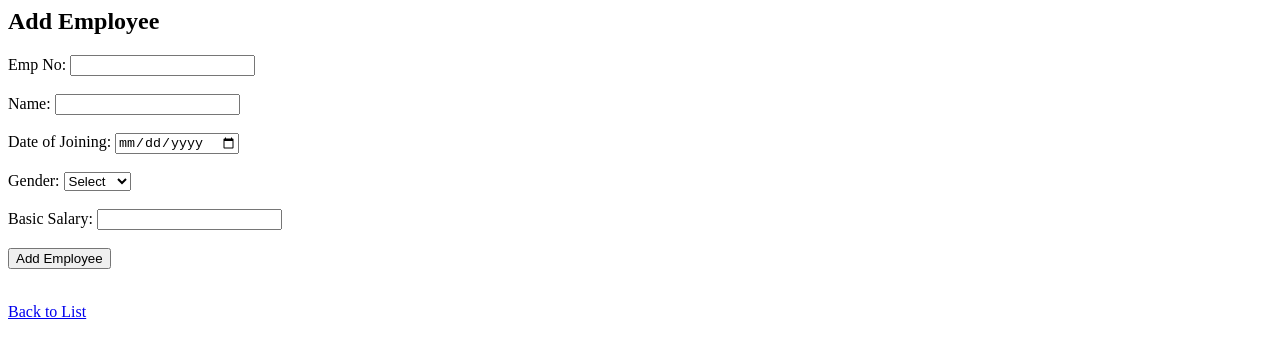
Repository: KUSUMA-74/Advance-JavaProject
Page: http://localhost/EmployeeWebApp/empadd.jsp
An editor plug-in stored every save of this project. The page is shown before and after the next save, followed by the edit.
The browser window is 1280 px wide. The pictures show the whole page.
The page is served by Tomcat 9.

Above is the page before, as saved 2025-05-28 22:52:09.

After the next save:
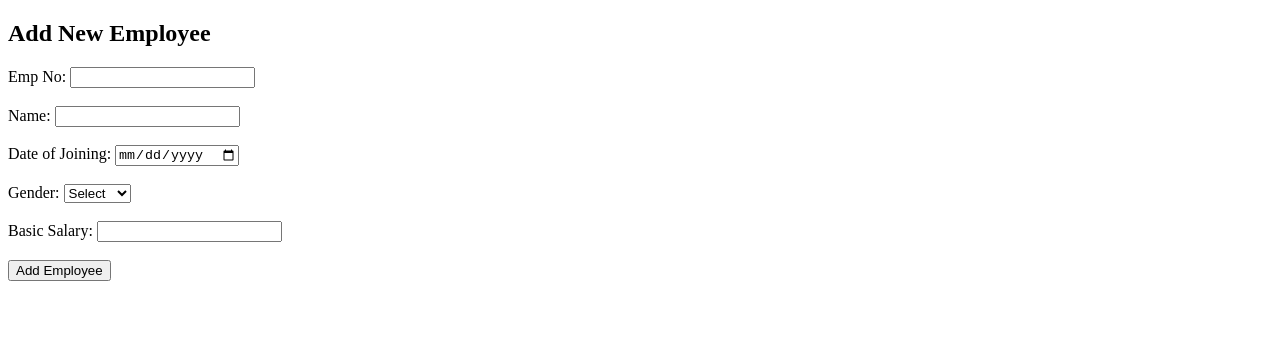
Saved 17 s later.
--- a/EmployeeWebApp/src/main/webapp/empadd.jsp
+++ b/EmployeeWebApp/src/main/webapp/empadd.jsp
@@ -1,41 +1,29 @@
-<%@ page contentType="text/html;charset=UTF-8" language="java" %>
+<%@ page language="java" contentType="text/html; charset=UTF-8" pageEncoding="UTF-8"%>
+<!DOCTYPE html>
 <html>
-<head><title>Add New Employee</title></head>
+<head>
+    <title>Add Employee</title>
+</head>
 <body>
-    <h2>Add Employee</h2>
+    <h2>Add New Employee</h2>
+
+    <% String error = request.getParameter("error");
+       if (error != null) { %>
+       <p style="color:red;"><%= error %></p>
+    <% } %>
+
     <form action="AddEmployeeServlet" method="post">
-        <label>Emp No:</label>
-        <input type="number" name="empno" required /><br/><br/>
-
-        <label>Name:</label>
-        <input type="text" name="empname" required /><br/><br/>
-
-        <label>Date of Joining:</label>
-        <input type="date" name="doj" required /><br/><br/>
-
+        <label>Emp No:</label> <input type="text" name="empno" required><br><br>
+        <label>Name:</label> <input type="text" name="empname" required><br><br>
+        <label>Date of Joining:</label> <input type="date" name="doj" required><br><br>
         <label>Gender:</label>
         <select name="gender" required>
             <option value="">Select</option>
             <option value="Male">Male</option>
             <option value="Female">Female</option>
-        </select><br/><br/>
-
-        <label>Basic Salary:</label>
-        <input type="number" name="bsalary" required /><br/><br/>
-
-        <input type="submit" value="Add Employee" />
+        </select><br><br>
+        <label>Basic Salary:</label> <input type="text" name="bsalary" required><br><br>
+        <input type="submit" value="Add Employee">
     </form>
-
-<%
-    String error = (String) request.getAttribute("error");
-    if (error != null) {
-%>
-    <p style="color:red;"><%= error %></p>
-<%
-    }
-%>
-
-    <br/>
-    <a href="DisplayEmployeeServlet">Back to List</a>
 </body>
 </html>
